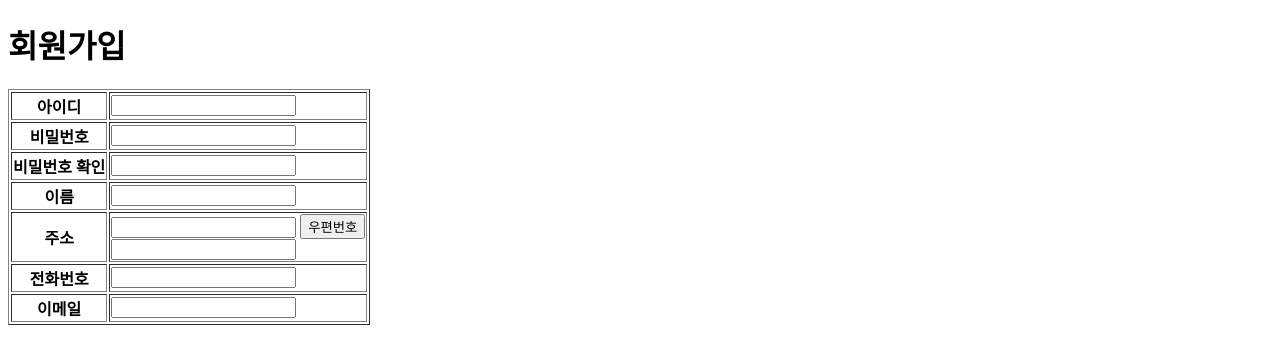
Repository: dhdhdht/Semi-login
Page: http://localhost/Semi_login/regist.jsp
These files come from the project's save history. The page is drawn as it stood at one moment and after the next save; the edit follows.
The browser window is 1280 px wide. The pictures show the whole page.
The page is served by Tomcat 9. Other server files are loaded and not shown.

Above is the page before, as saved 2021-03-27 13:26:34.

### Semi_login/WebContent/regist.jsp
<%@ page language="java" contentType="text/html; charset=UTF-8"
    pageEncoding="UTF-8"%>
<!DOCTYPE html>
<html>
<head>
<meta charset="UTF-8">
<title>Insert title here</title>

<script type="text/javascript">
	function idChkProc(){
		var chk = document.getElementsByName("member_id")[0].title;
		if(chk == 'n'){
			alert("id 중복체크를 해주세요");
			document.getElementsByName("member_id")[0].focus();
		}
	}

	function idChk(){
		var member_id = document.getElementsByName("member_id")[0].value;

		if(member_id == null || member_id.trim() == ""){
			alert("id를 입력해주세요");
		} else {

		}
	}

	function jusoPopup(){
		//주소검색 수행할 팝업 페이지 호출
		var pop = window.open("jusoPopup.jsp","pop", "width=570, height=420, scrollbars=yes, resizable=yes");
	}

	/** API 서비스 제공항목 확대 (2017.02) **/
	function jusoCallBack(roadFullAddr,roadAddrPart1,addrDetail,roadAddrPart2,engAddr, jibunAddr, zipNo, admCd, rnMgtSn, bdMgtSn
							, detBdNmList, bdNm, bdKdcd, siNm, sggNm, emdNm, liNm, rn, udrtYn, buldMnnm, buldSlno, mtYn, lnbrMnnm, lnbrSlno, emdNo){
		// 팝업페이지에서 주소입력한 정보를 받아서, 현 페이지에 정보를 등록합니다.
		document.form.roadAddrPart1.value = roadAddrPart1;
		document.form.roadAddrPart2.value = roadAddrPart2;
		document.form.addrDetail.value = addrDetail;
		document.form.zipNo.value = zipNo;
	}


</script>
</head>
<body>

	<h1>회원가입</h1>

	<form action="" method="post">
		<input type="hidden" name="command" value="insertuser" />

		<table border="1">
			<tr>
				<th>아이디</th>
				<td>
					<input type="text" name="member_id" required="required" />
					<span id="idMsg" class=""></span>
				</td>
			</tr>
			<tr>
				<th>비밀번호</th>
				<td>
					<input type="password" name="member_pw" required="required" onclick="idChkProc();" />
				</td>
			</tr>
			<tr>
				<th>비밀번호 확인</th>
				<td>
					<input type="password" name="" />
				</td>
			</tr>
			<tr>
				<th>이름</th>
				<td>
					<input type="text" name="member_name" required="required" onclick="idChkProc();" />
				</td>
			</tr>
			<tr>
				<th>주소</th>
				<td>
					<input type="text" maxlength="14" readonly="readonly"/>
					<input type="button" value="우편번호" onclick="jusoPopup();" /><br/>
					<input type="text" name="userAddr" required="required" readonly="readonly"/>
				</td>
			</tr>
			<tr>
				<th>전화번호</th>
				<td>
					<input type="text" name="member_phone" required="required" onclick="idChkProc();" />
				</td>
			</tr>
			<tr>
				<th>이메일</th>
				<td>
					<input type="text" name="member_email" required="required" onclick="idChkProc();" />
				</td>
			</tr>
		</table>
	</form>

</body>
</html>

After the next save:
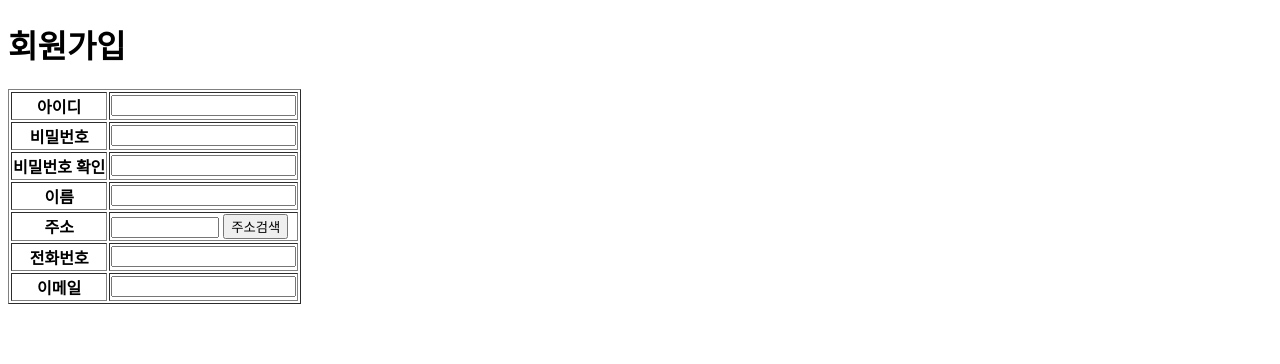
Saved 85 s later.
--- a/Semi_login/WebContent/regist.jsp
+++ b/Semi_login/WebContent/regist.jsp
@@ -79,9 +79,9 @@
 			<tr>
 				<th>주소</th>
 				<td>
-					<input type="text" maxlength="14" readonly="readonly"/>
-					<input type="button" value="우편번호" onclick="jusoPopup();" /><br/>
-					<input type="text" name="userAddr" required="required" readonly="readonly"/>
+					<input type="hidden" id="confmKey" name="confmKey" value=""  >
+						<input type="text" id="zipNo" name="zipNo" readonly style="width:100px">
+						<input type="button"  value="주소검색" onclick="jusoPopup();">
 				</td>
 			</tr>
 			<tr>
